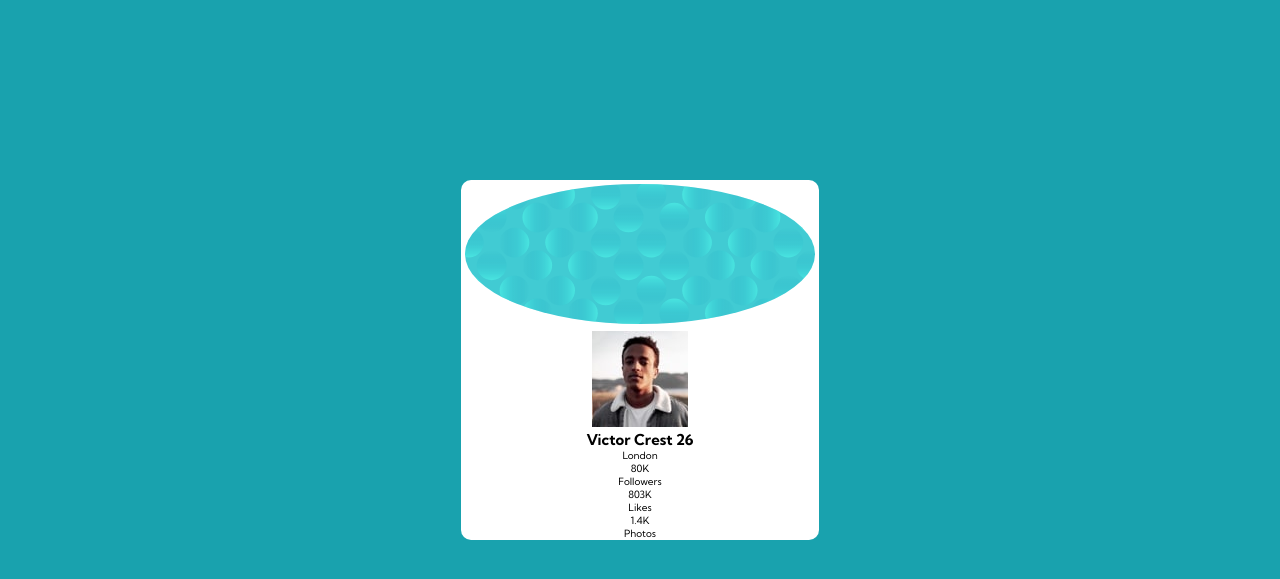
Repository: thaibaocoder1/profile-card-component-main
Page: index.html
These files come from the project's save history. The page is drawn as it stood at one moment and after the next save; the edit follows.
The browser window is 1280 px wide. The pictures show the whole page.

Above is the page before, as saved 2023-01-11 13:49:47.

### index.html
<!DOCTYPE html>
<html lang="en">
<head>
  <meta charset="UTF-8">
  <meta name="viewport" content="width=device-width, initial-scale=1.0">
  <link rel="icon" type="image/png" sizes="32x32" href="./images/favicon-32x32.png">
  <title>Frontend Mentor | Profile card component</title>
  <link rel="stylesheet" href="./style.css">
  <!-- Feel free to remove these styles or customise in your own stylesheet 👍 -->
  <style>
    .attribution { font-size: 11px; text-align: center; }
    .attribution a { color: hsl(228, 45%, 44%); }
  </style>
</head>
<body>
  <main class="card">
    <section class="card__wrapper">
      <img src="./images/bg-pattern-card.svg" alt="">
      <section class="card__content">
        <img src="./images/image-victor.jpg" alt="">
        <h2 class="card__bottom--heading">Victor Crest <span>26</span></h2>
        <p class="card__bottom--address">London</p>
        <section class="footer">
            <div class="card__bottom--item">
              <p>80K</p>
              <span>Followers</span>
            </div>
            <div class="card__bottom--item">
              <p>803K</p>
              <span>Likes</span>
            </div>
            <div class="card__bottom--item">
              <p>1.4K</p>
              <span>Photos</span>
            </div>
        </section>
      </section>
    </section>
  </main>
  <!-- <div class="attribution">
    Challenge by <a href="https://www.frontendmentor.io?ref=challenge" target="_blank">Frontend Mentor</a>.
    Coded by <a href="#">Your Name Here</a>.
  </div> -->
</body>
</html>

### style.css
@import url('https://fonts.googleapis.com/css2?family=Kumbh+Sans:wght@400;700&display=swap');
* {
    margin: 0;
    padding: 0;
    box-sizing: border-box;
    border: none;
    outline: none;
}
html {
    font-size: 62.5%;
}
body {
    text-rendering: optimizeLegibility;
    scroll-behavior: smooth;
    font-family: 'Kumbh Sans', sans-serif;
    display: flex;
    align-items: center;
    justify-content: center;
    background-color: var(--dark-cyan);
    height: calc(100vh - 1px)
}
:root {
    --dark-cyan: hsl(185, 75%, 39%);
    --very-dark-blue: hsl(229, 23%, 23%);
    --dark-blue: hsl(227, 10%, 46%);
    --dark-grey: hsl(0, 0%, 59%);
}
.card {
    margin: 0 auto;
    text-align: center;
}
.card__wrapper {
    max-width: 420px;
    background-color: #fff;
    border-radius: 1rem;
    overflow: hidden;
    margin: 1rem;
}
.card__wrapper > img {
    /* width: 10rem;
    height: 10rem; */
    border-radius: 50%;
    border: 4px solid #fff;
}

After the next save:
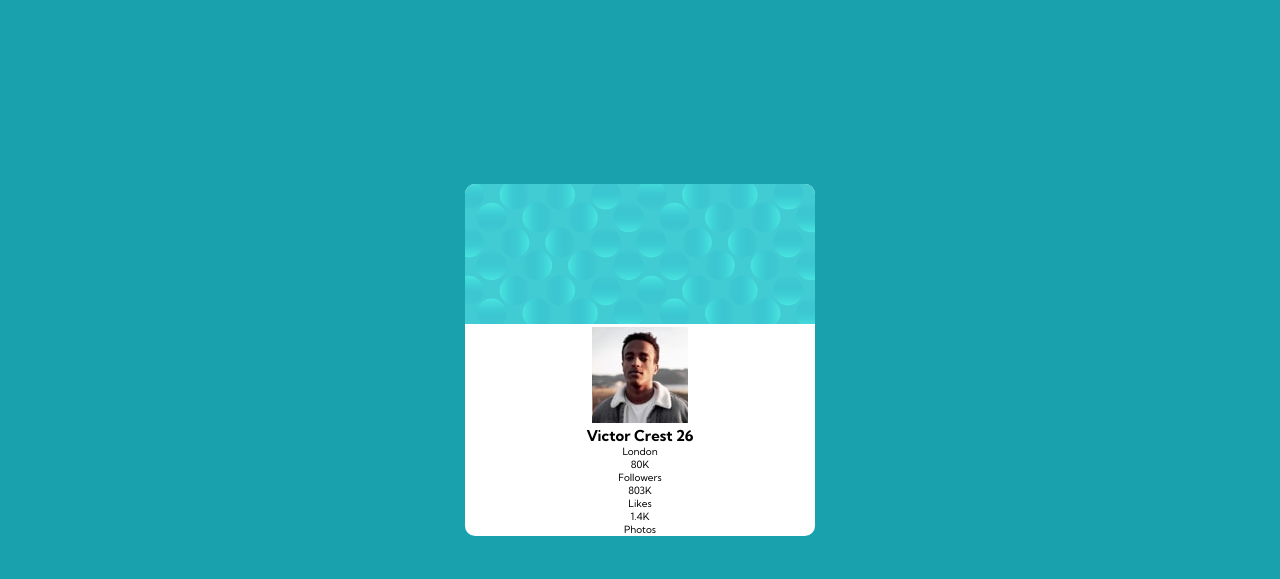
Saved 7 s later.
--- a/style.css
+++ b/style.css
@@ -37,8 +37,5 @@ body {
     margin: 1rem;
 }
 .card__wrapper > img {
-    /* width: 10rem;
-    height: 10rem; */
-    border-radius: 50%;
-    border: 4px solid #fff;
+
 }
